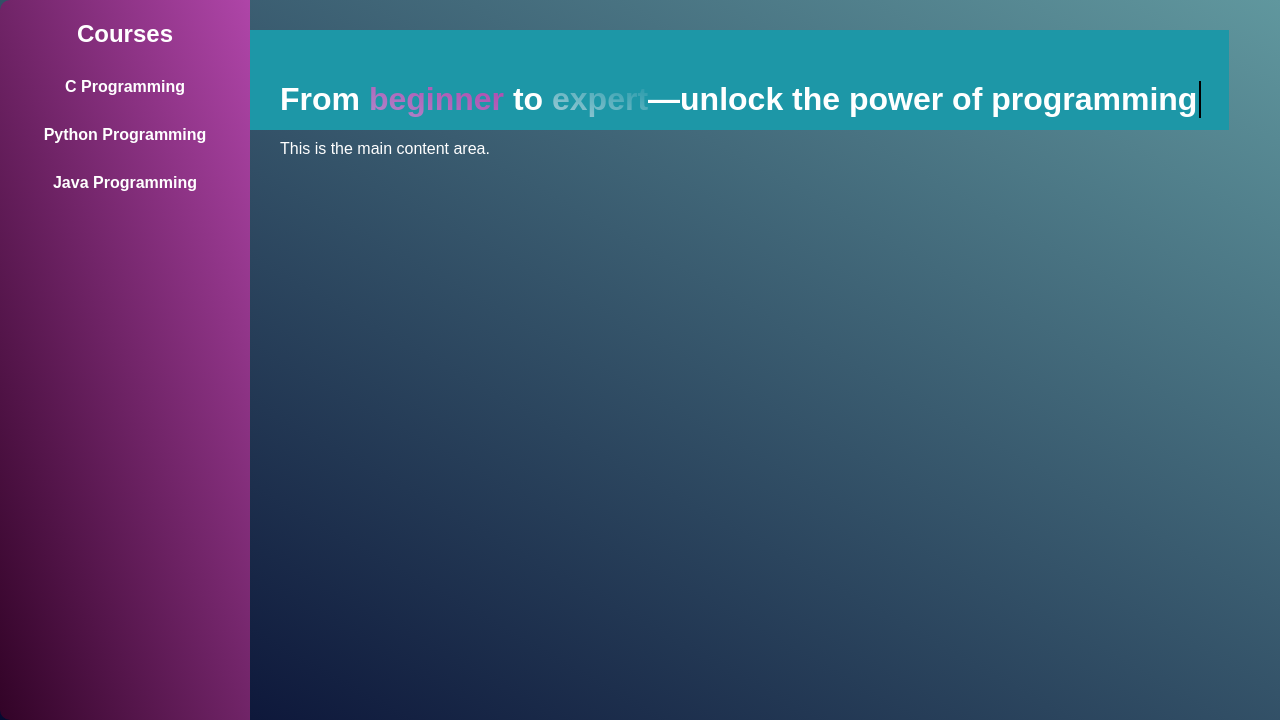
Repository: RishitSharma88/SeaGro
Page: templates/learningcourses.html
An editor plug-in stored every save of this project. The page is shown before and after the next save, followed by the edit.
The browser window is 1280 px wide. The pictures show the whole page.
The template is drawn by Flask 3. The application's start-up code is not run. The template is opened directly, without the code that normally fills it, so the values that code supplies are empty.

Above is the page before, as saved 2024-12-28 17:56:12.

After the next save:
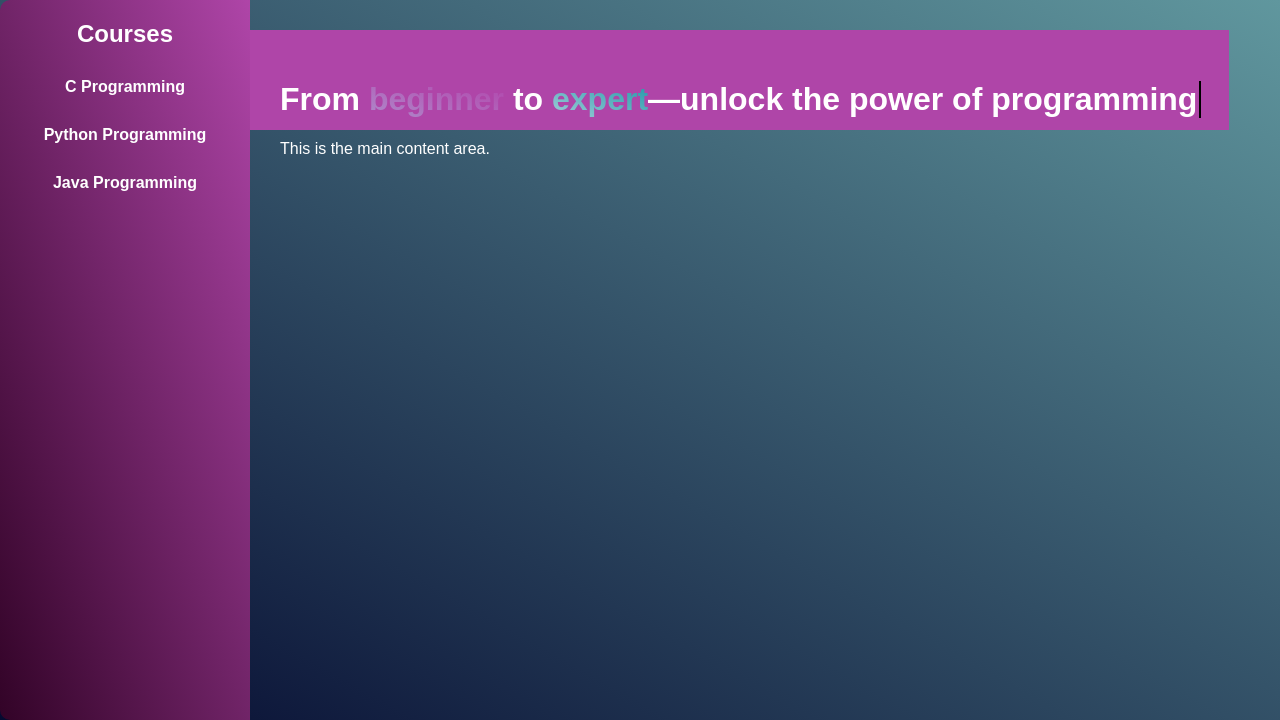
Saved 46 s later.
--- a/templates/learningcourses.html
+++ b/templates/learningcourses.html
@@ -99,7 +99,7 @@
             -webkit-text-fill-color: transparent;
         }
         .titlebox{
-            background-color:#1d97a7;
+            background-color:#af45a8;
             max-width: fit-content;
             padding: 10px;
             display: flex;
